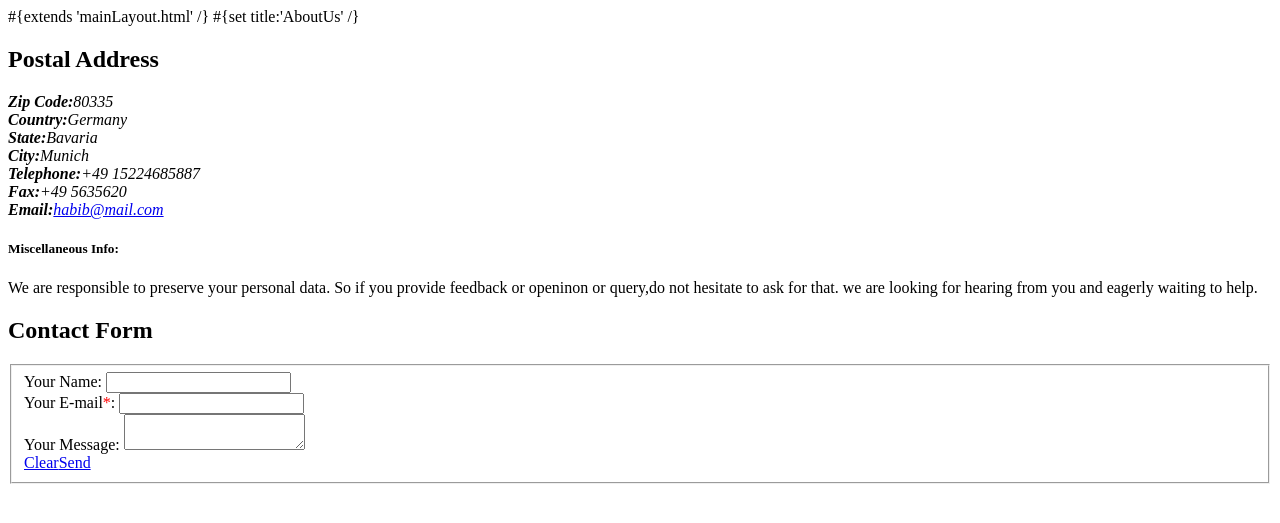
Repository: Maalejm/SEBA
Page: SlifeWebSite/app/views/Application/aboutus.html
An editor plug-in stored every save of this project. The page is shown before and after the next save, followed by the edit.
The browser window is 1280 px wide. The pictures show the whole page.

Above is the page before, as saved 2013-07-09 21:31:20.

After the next save:
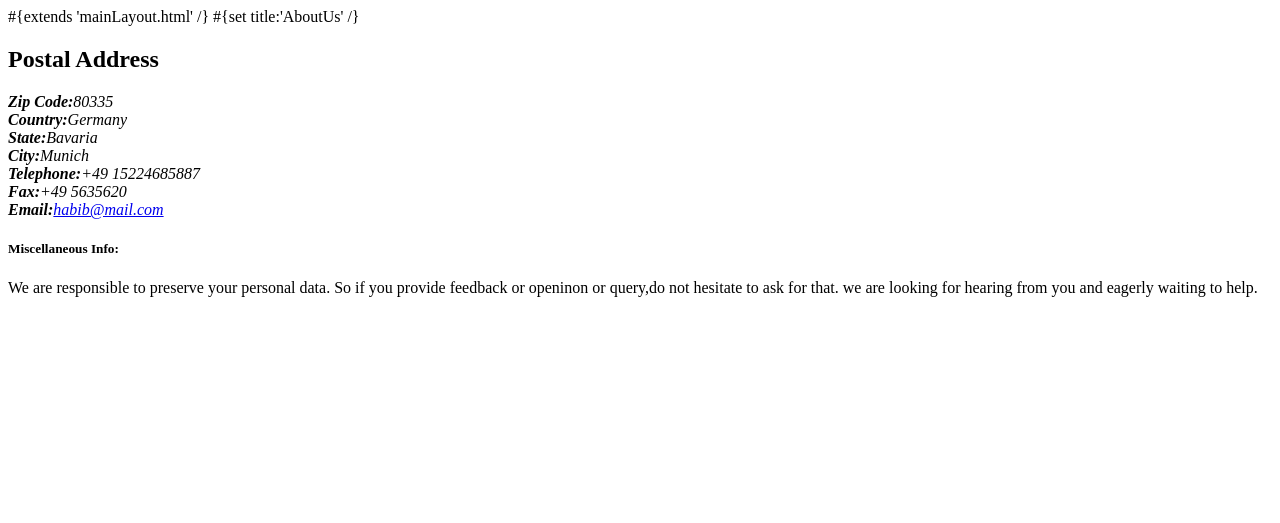
Saved 13 min 39 s later.
--- a/SlifeWebSite/app/views/Application/aboutus.html
+++ b/SlifeWebSite/app/views/Application/aboutus.html
@@ -1,48 +1,5 @@
 #{extends 'mainLayout.html' /}
 #{set title:'AboutUs' /}
-<script type="text/javascript">
-function validate()
-{
-
- var name = document.myForm.Name;
-var email = document.myForm.email;
-
-if(name_validation(name))
-{
-if(ValidateEmail(email))
-{
-}
-}
-return false;
-}
-
-function name_validation(name){
-
-   if( document.myForm.Name.value == "" )
-   {
-     alert( "Please provide your name!" );
-     document.myForm.Name.focus() ;
-     return false;
-   }
-   return true;
- }
-
-function ValidateEmail(email)
-{
-var mailformat = /^\w+([\.-]?\w+)*@\w+([\.-]?\w+)*(\.\w{2,3})+$/;
-if(email.value.match(mailformat))
-{
-return true;
-}
-else
-{
-alert("You have entered an invalid email address!");
-email.focus();
-return false;
-}
-}
-
-</script>
 
 <div id="page6">
 <div class="tail-top1">
@@ -65,26 +22,7 @@ return false;
               <h5>Miscellaneous Info:</h5>
               <p class="p0">We are responsible to preserve your personal data. So if you provide feedback or openinon or query,do not hesitate to ask for that. we are looking for hearing from you and eagerly waiting to help.</p>
             </article>
-            <article class="col-2">
-              <h2>Contact Form</h2>
-              <form id="contacts-form" name="myForm" action="#"  onsubmit="return(validate());" >
-                <fieldset>
-                  <div class="field text">
-                    <label>Your Name:</label>
-                    <input type="text" name="Name">
-                  </div>
-                  <div class="field text">
-                    <label>Your E-mail<ss style="color:#FF0000;">*</ss>:</label>
-                    <input type="text" name="email">
-                  </div>
-                  <div class="field">
-                    <label>Your Message:</label>
-                    <textarea></textarea>
-                  </div>
-                 <div class="alignright"><a href="#" class="link4" onClick="document.getElementById('contacts-form').reset()"><span><span>Clear</span></span></a><a href="#" class="link2"  onclick="validate()"><span><span>Send</span></span></a></div>
-                </fieldset>
-              </form>
-            </article>
+
             <div class="clear"></div>
           </div>
         </div>
